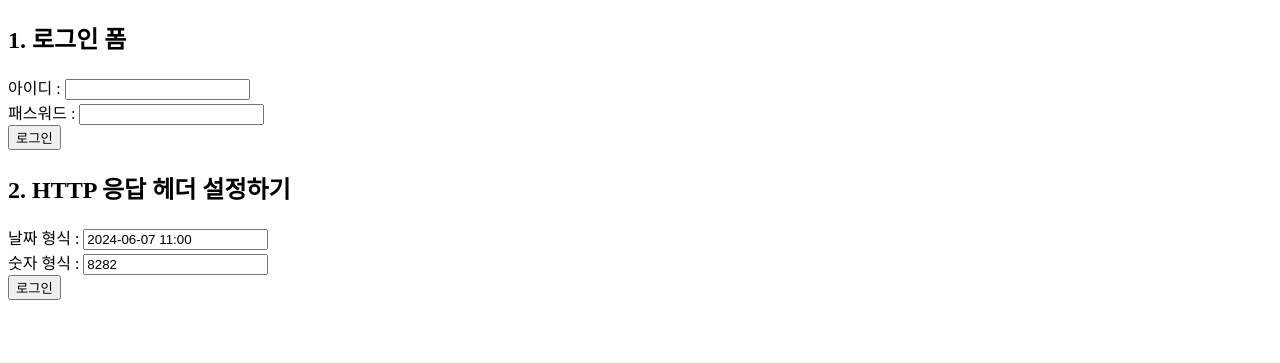
Repository: Park-Dongheon/Servlet-JSP_Training
Page: http://localhost/MustHaveJSP/02ImplicitObject/ResponseMain.jsp
An editor plug-in stored every save of this project. The page is shown before and after the next save, followed by the edit.
The browser window is 1280 px wide. The pictures show the whole page.
The page is served by Tomcat 10. Other server files are loaded and not shown.

Above is the page before, as saved 2024-06-07 01:55:27.

### MustHaveJSP/src/main/webapp/02ImplicitObject/ResponseMain.jsp
<%@ page language="java" contentType="text/html; charset=UTF-8"
    pageEncoding="UTF-8"%>
<!DOCTYPE html>
<html>
<head>
<meta charset="UTF-8">
<title>내장 객체 - response</title>
</head>
<body>
	<h2>1. 로그인 폼</h2>
	<%
	String loginErr = request.getParameter("loginErr");
	if (loginErr != null) out.print("로그인 실패");
	%>
	<form action="./ResponseLogin.jsp" method="post">
		아이디 : <input type="text" name="user_id" /><br />
		패스워드 : <input type="text" name="user_pwd" /><br />
		<input type="submit" value="로그인" />
	</form>

	<h2>2. HTTP 응답 헤더 설정하기</h2>
	<form action="./ResponseHeader.jsp" method="get">
		날짜 형식 : <input type="text" name="add_date" value="2024-06-07 11:00" />
				  <br />
		숫자 형식 : <input type="text" name="add_int" value="8282" /><br />
		<input type="submit" value="로그인" />
	</form>
</body>
</html>

After the next save:
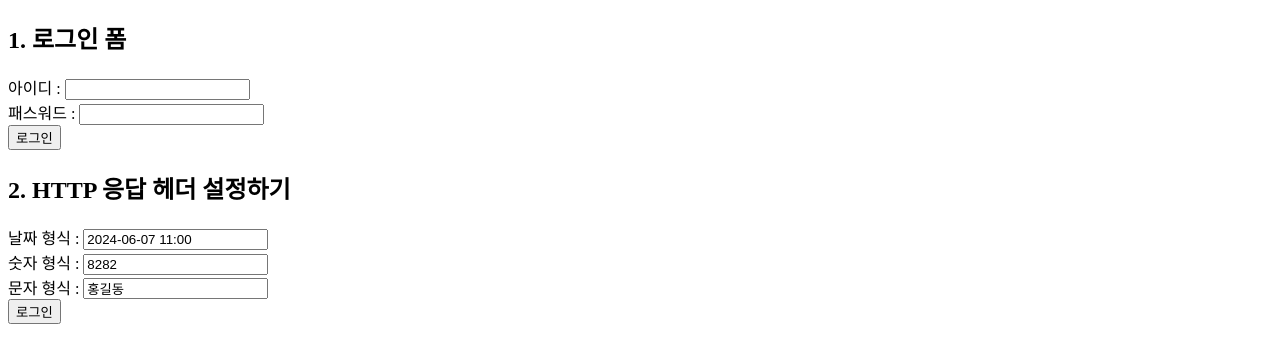
Saved 20 s later.
--- a/MustHaveJSP/src/main/webapp/02ImplicitObject/ResponseMain.jsp
+++ b/MustHaveJSP/src/main/webapp/02ImplicitObject/ResponseMain.jsp
@@ -23,6 +23,7 @@
 		날짜 형식 : <input type="text" name="add_date" value="2024-06-07 11:00" />
 				  <br />
 		숫자 형식 : <input type="text" name="add_int" value="8282" /><br />
+		문자 형식 : <input type="text" name="add_str" value="홍길동" /><br />
 		<input type="submit" value="로그인" />
 	</form>
 </body>
